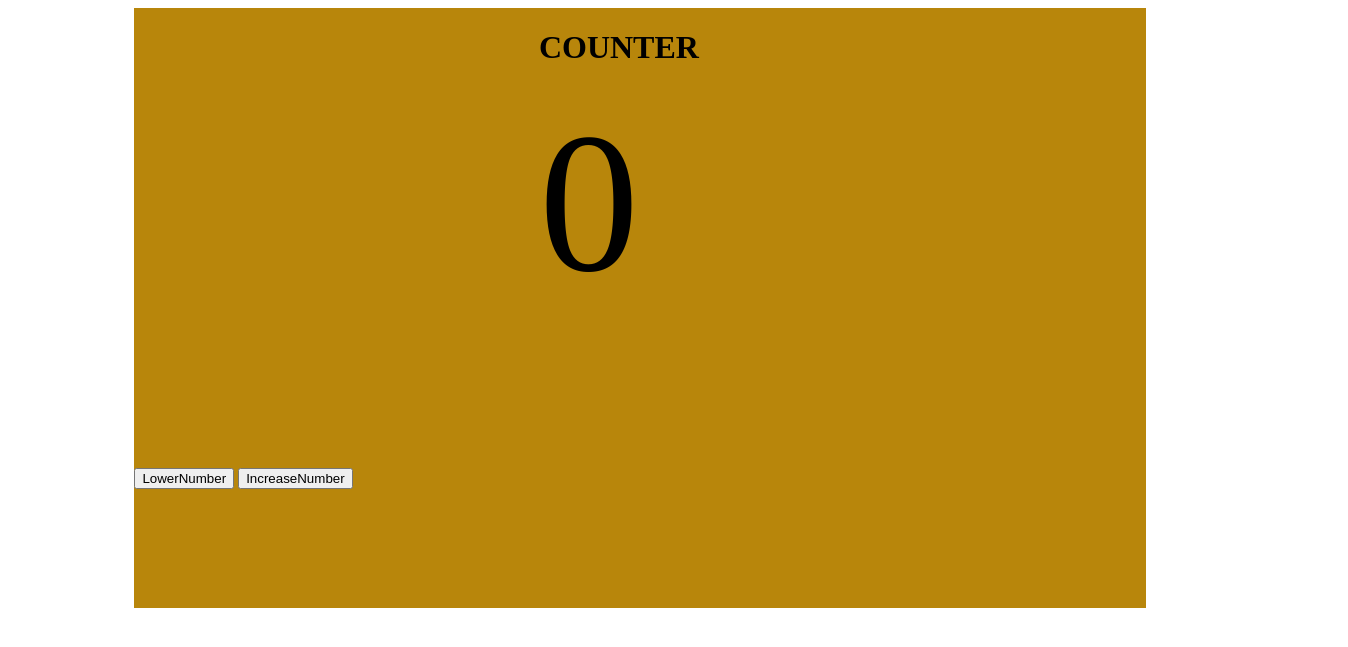
Repository: Sgalstyan06/counterNum
Page: index.html
The author's editor kept a copy of each file at every save. The page is drawn from the files as they stood at one save, then again after a run of saves.
The browser window is 1280 px wide. The page is 1348 px wide, so the pictures cover 1348 px, including what lies to the right of the window. The pictures show the whole page.

Above is the page before, as saved 2022-02-14 16:54:47.

After the next 2 saves:
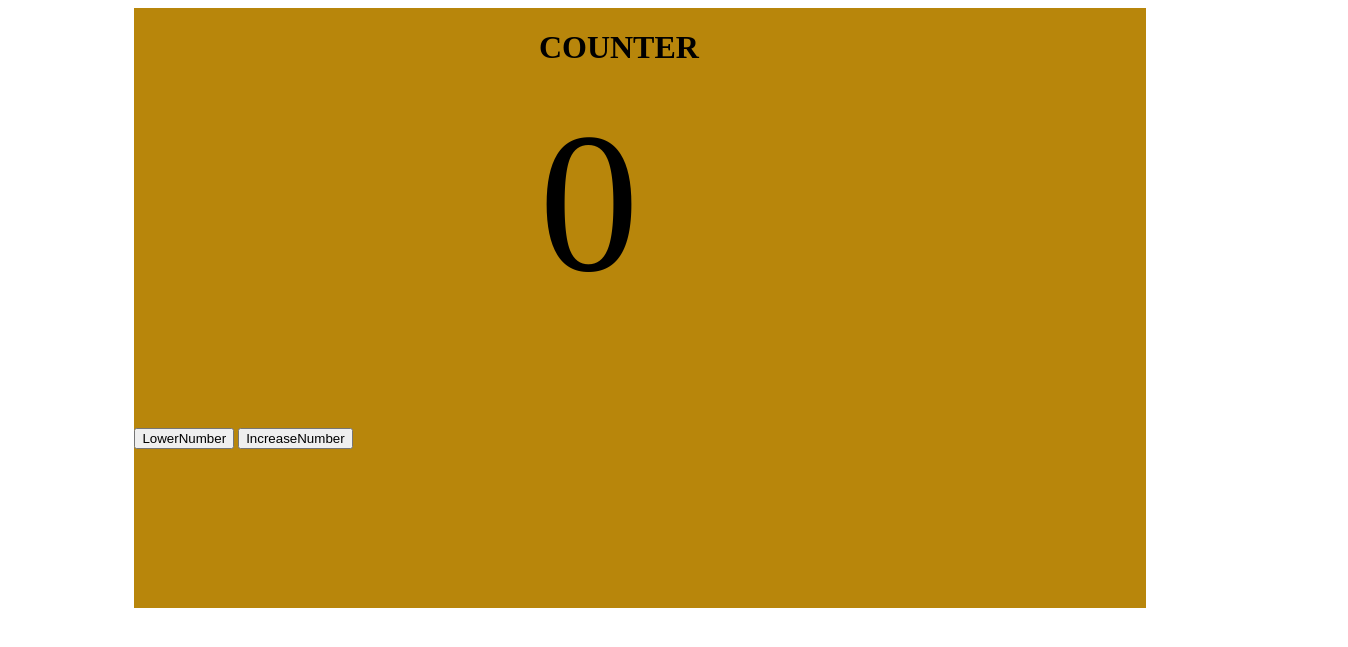
The 2 saves are shown as one change because they came seconds apart.
The last was saved 16 s later.
--- a/style.css
+++ b/style.css
@@ -13,7 +13,7 @@ h1{
 
 .result{
     width: 80%;
-    height: 380px;
+    height: 340px;
     font-size: 200px;
     padding-left: 40%;
 }
